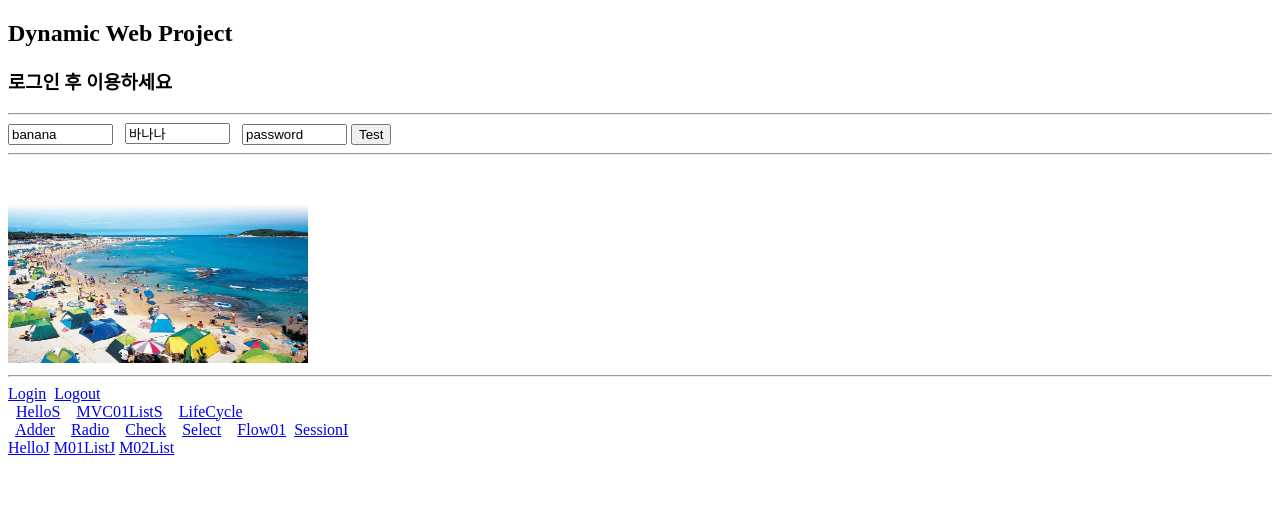
Repository: JYH94/JAVA
Page: http://localhost/web01/home.jsp
These files come from the project's save history. The page is drawn as it stood at one moment and after the next save; the edit follows.
The browser window is 1280 px wide. The pictures show the whole page.
The page is served by Tomcat 9. Other server files are loaded and not shown.

Above is the page before, as saved 2024-01-16 07:04:21.

### web01/src/main/webapp/home.jsp
<%@ page language="java" contentType="text/html; charset=UTF-8"
    pageEncoding="UTF-8"%>

<%@ taglib uri="http://java.sun.com/jsp/jstl/core" prefix="c" %>
<!DOCTYPE html>
<html>
<head>
<meta charset="UTF-8">
<title>** home **</title>
</head>
<body>
<h2> Dynamic Web Project </h2>
<%-- <%
// Jsp 가 간편한 이유는 웹에서 필요한 기본 객체
// request, response, session, page, out 들을 객체화해서 제공해줌
	if(session.getAttribute("loginName") != null){ %>
		<h3><%=session.getAttribute("loginName")%>님 안녕하세요</h3>
<%	} else{ %>
		<h3> 로그인 후 이용하세요 </h3>
<%	}
%> --%>
<c:choose>
	<c:when test="${sessionScope.loginName != null }">
		<h3>${sessionScope.loginName} 님 안녕하세요</h3>
	</c:when>
	<c:otherwise>
		<h3> 로그인 후 이용하세요 </h3>
	</c:otherwise>
</c:choose>
<hr>
	<form action="getpost" method="get">
		<input type="text" name="id" value="banana" size="10"> &nbsp; <input type="text" name="name" value="바나나" size="10"> &nbsp; <input type="text" value="password" size="10"> <input type="submit" value="Test">
	</form>
	<hr>
<!-- 경로 표기
	절대경로 : / 로 시작, 프로젝트명부터 시작
		/web01/images/letsgo.png
	상대경로 : 현재위치에서 시작
		./ 현재위치, ../ 상위 폴더로
		./images/lestgo.p
-->
	<img alt="" src="images/letsgo.png" width="300" height="200">
	<hr>


	<!-- 로그인 후 로그아웃버튼만 나오도록 -->
	<%  %>
	<a href="/web01/servletTestForm/flowEx04_LoginForm.jsp">Login</a>&nbsp;
	<a href="/web01/logout">Logout</a><br>&nbsp;
	<a href="/web01/hello">HelloS</a>&nbsp; &nbsp;
	<a href="/web01/list">MVC01ListS</a>&nbsp; &nbsp;
	<a href="/web01/life">LifeCycle</a>
	<br> &nbsp;
	<a href="/web01/servletTestForm/form01_Adder.html">Adder</a>&nbsp; &nbsp;
	<a href="/web01/servletTestForm/form02_Radio.jsp">Radio</a>&nbsp; &nbsp;
	<a href="/web01/servletTestForm/form03_Check.jsp">Check</a>&nbsp; &nbsp;
	<a href="/web01/servletTestForm/form04_Select.jsp">Select</a>&nbsp; &nbsp;
	<a href="/web01/flow01">Flow01</a>&nbsp;
	<a href="/web01/sessioni">SessionI</a><br>
	<a href="/web01/jsp01/ex01_HelloJsp.jsp">HelloJ</a>
	<a href="/web01/jsp01/ex02_mvc01List.jsp">M01ListJ</a>
	<a href="/web01/list2">M02List</a>
</body>
</html>

After the next save:
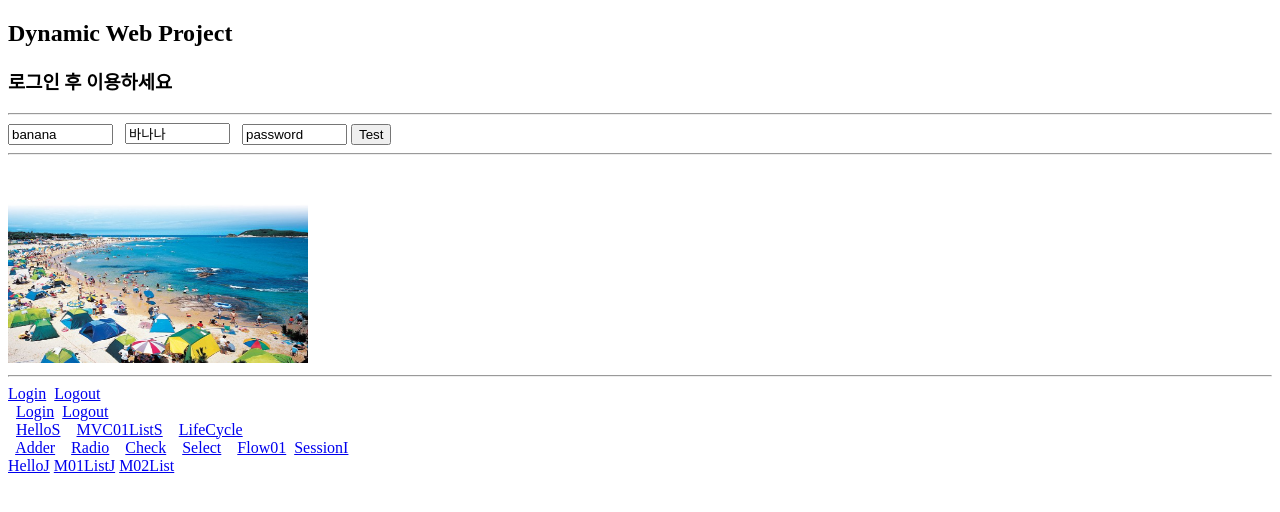
Saved 90 s later.
--- a/web01/src/main/webapp/home.jsp
+++ b/web01/src/main/webapp/home.jsp
@@ -44,7 +44,18 @@
 
 
 	<!-- 로그인 후 로그아웃버튼만 나오도록 -->
-	<%  %>
+
+
+	<c:choose>
+	<c:when test="${sessionScope.loginName == null }">
+		<a href="/web01/servletTestForm/flowEx04_LoginForm.jsp">Login</a>&nbsp;
+		<a href="/web01/logout">Logout</a><br>&nbsp;
+	</c:when>
+	<c:otherwise>
+		<a href="/web01/logout">Logout</a><br>&nbsp;
+	</c:otherwise>
+</c:choose>
+
 	<a href="/web01/servletTestForm/flowEx04_LoginForm.jsp">Login</a>&nbsp;
 	<a href="/web01/logout">Logout</a><br>&nbsp;
 	<a href="/web01/hello">HelloS</a>&nbsp; &nbsp;

After the save that followed:
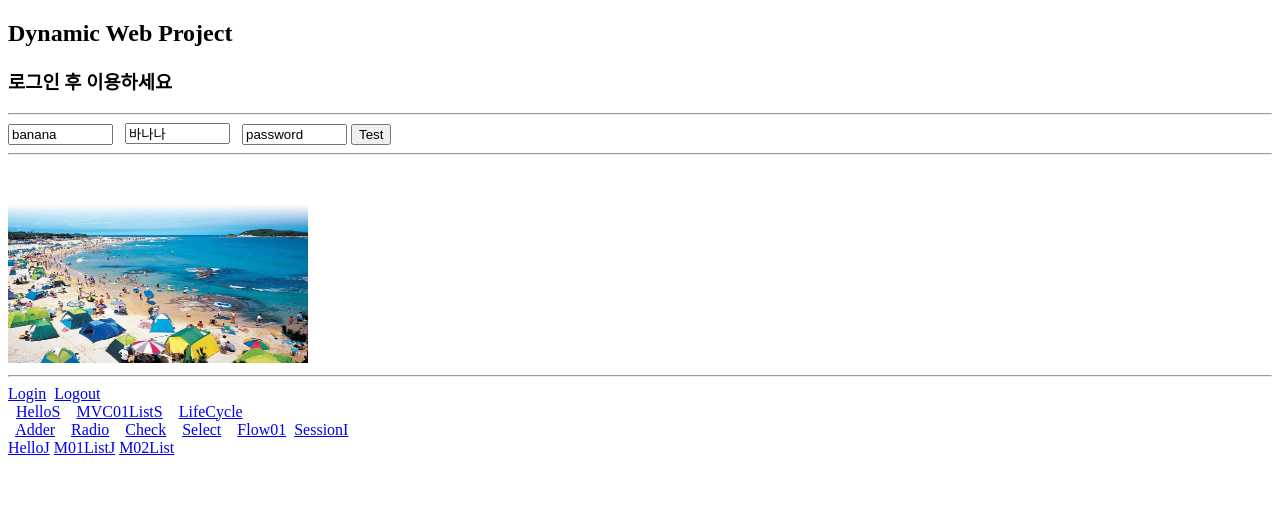
Saved 5 s later.
--- a/web01/src/main/webapp/home.jsp
+++ b/web01/src/main/webapp/home.jsp
@@ -56,8 +56,8 @@
 	</c:otherwise>
 </c:choose>
 
-	<a href="/web01/servletTestForm/flowEx04_LoginForm.jsp">Login</a>&nbsp;
-	<a href="/web01/logout">Logout</a><br>&nbsp;
+	<!-- <a href="/web01/servletTestForm/flowEx04_LoginForm.jsp">Login</a>&nbsp;
+	<a href="/web01/logout">Logout</a><br>&nbsp; -->
 	<a href="/web01/hello">HelloS</a>&nbsp; &nbsp;
 	<a href="/web01/list">MVC01ListS</a>&nbsp; &nbsp;
 	<a href="/web01/life">LifeCycle</a>
